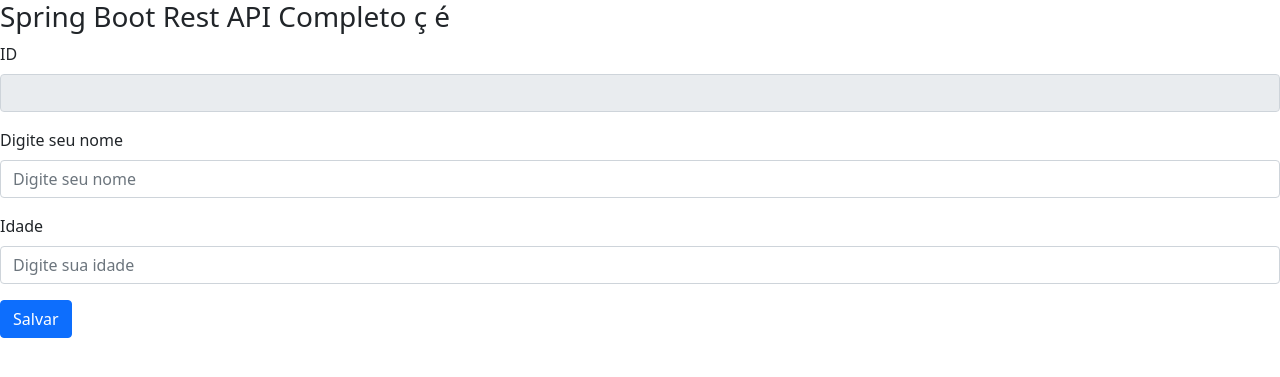
Repository: aldo-pereira22/projeto-srping-boot-1
Page: back-end/springboot-rest-api-sample/src/main/resources/static/index.html
The author's editor kept a copy of each file at every save. The page is drawn from the files as they stood at one save, then again after the next save.
The browser window is 1280 px wide. The pictures show the whole page.

Above is the page before, as saved 2021-06-08 20:37:08.

After the next save:
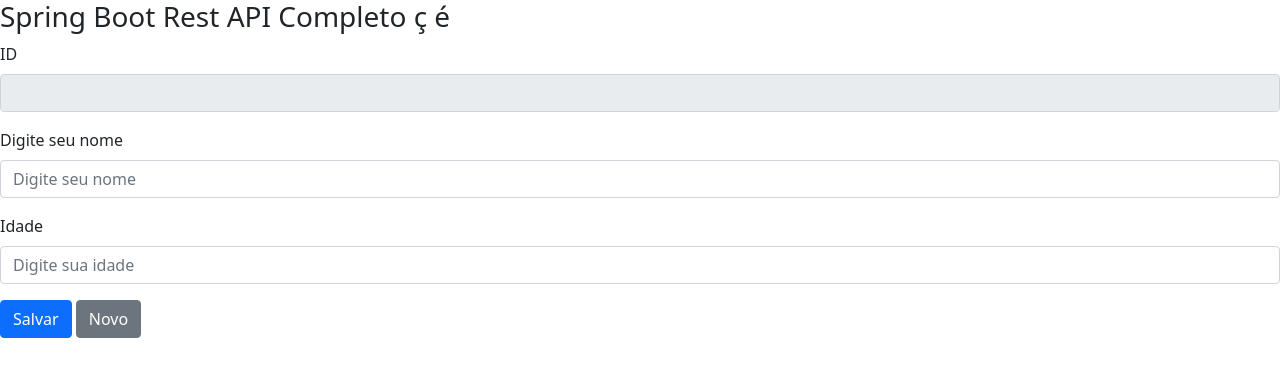
Saved 19 min 17 s later.
--- a/back-end/springboot-rest-api-sample/src/main/resources/static/index.html
+++ b/back-end/springboot-rest-api-sample/src/main/resources/static/index.html
@@ -32,6 +32,7 @@
 
 	</form>
 	<button type="button" class="btn btn-primary" onclick="salvarUsuario()" >Salvar</button>
+	<button type="button" class="btn btn-secondary" onclick="document.getElementById((salvarUsuario))" >Novo</button>
 
 	<script src="https://code.jquery.com/jquery-3.6.0.min.js" integrity="sha256-/xUj+3OJU5yExlq6GSYGSHk7tPXikynS7ogEvDej/m4=" crossorigin="anonymous"></script>
 	<!-- Option 1: Bootstrap Bundle with Popper -->
